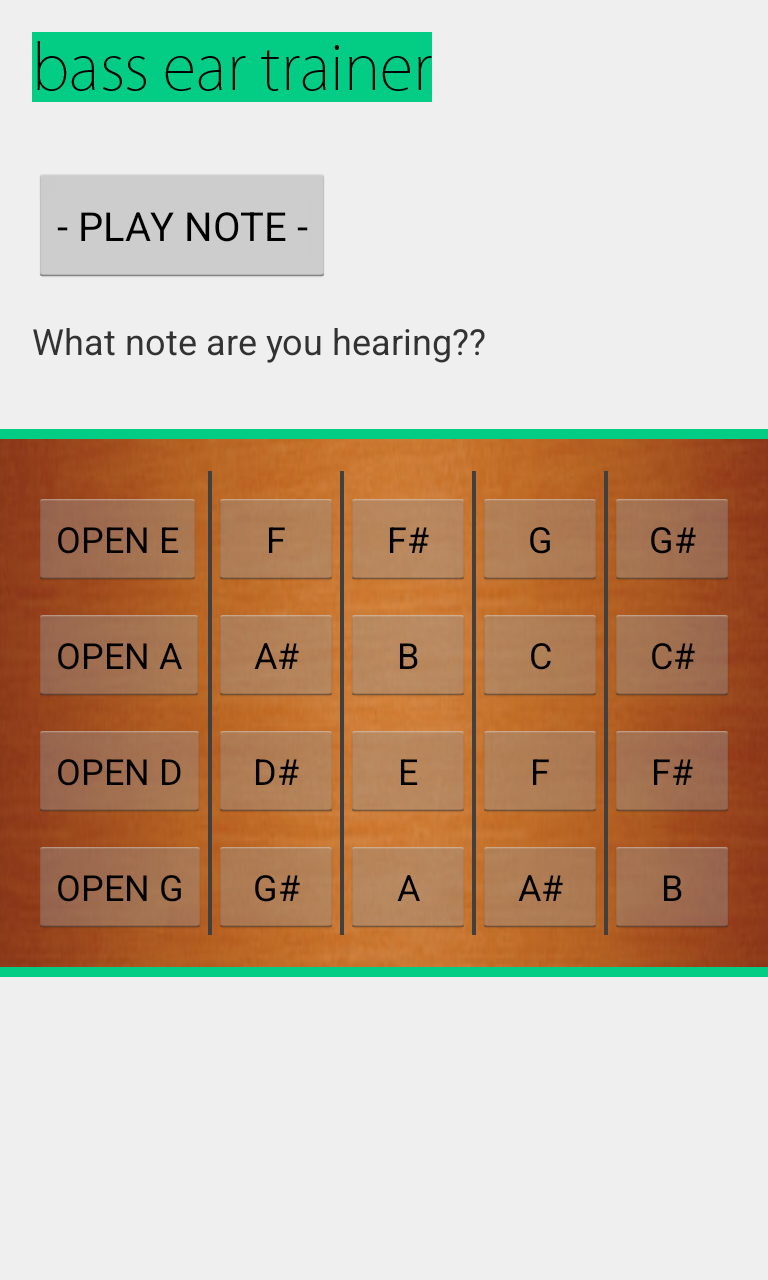
Repository: elliott-ribner/android-guitar-trainer
Layout: randomnotegenerator/res/layout/activity_main.xml
An editor plug-in stored every save of this project. The layout is shown before and after the next save, followed by the edit.
It is drawn on a 768 x 1280 px phone screen (xhdpi) without system bars, with theme AppTheme; the app's code is not run.

Above is the layout before, as saved 2014-06-15 19:09:19.

After the next save:
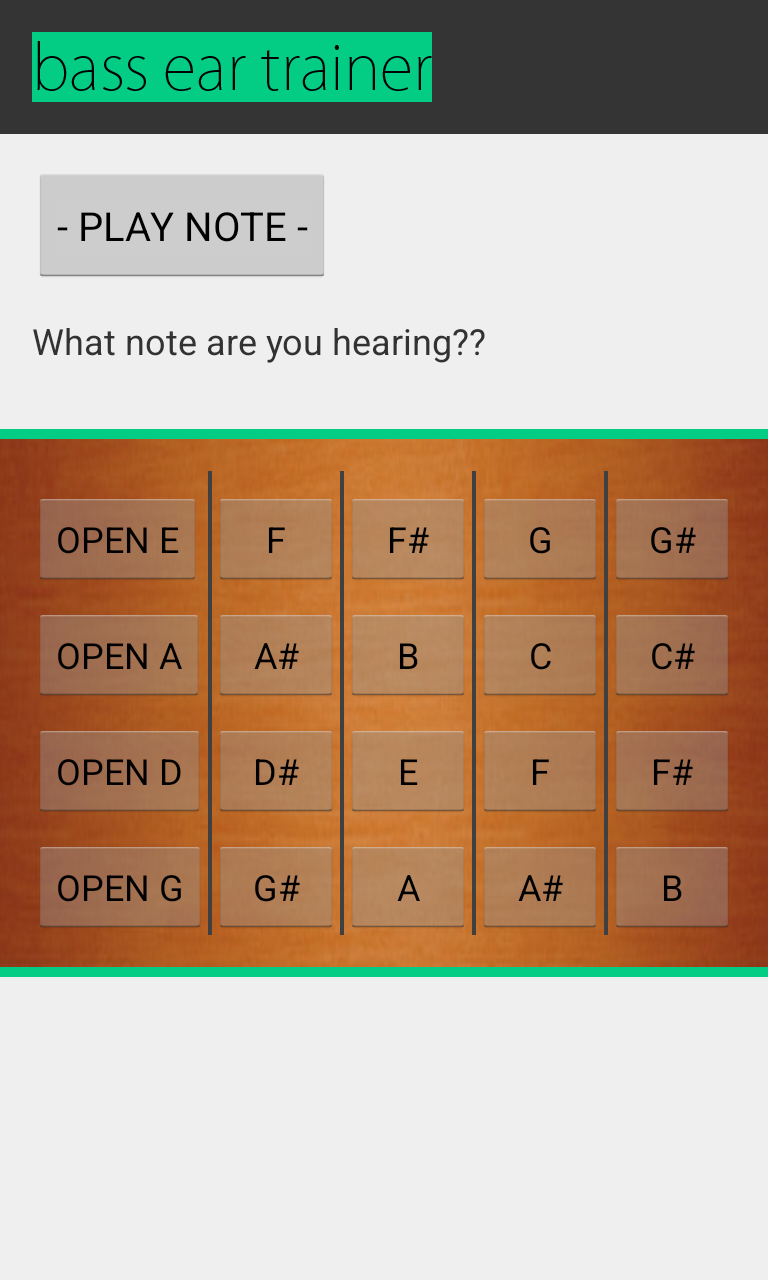
Saved 8 s later.
--- a/randomnotegenerator/res/layout/activity_main.xml
+++ b/randomnotegenerator/res/layout/activity_main.xml
@@ -9,7 +9,7 @@
     <LinearLayout
         android:layout_width="fill_parent"
         android:layout_height="wrap_content"
-        android:background="343434"
+        android:background="#343434"
         android:paddingBottom="@dimen/activity_vertical_margin"
         android:paddingLeft="@dimen/activity_horizontal_margin"
         android:paddingRight="@dimen/activity_horizontal_margin"
